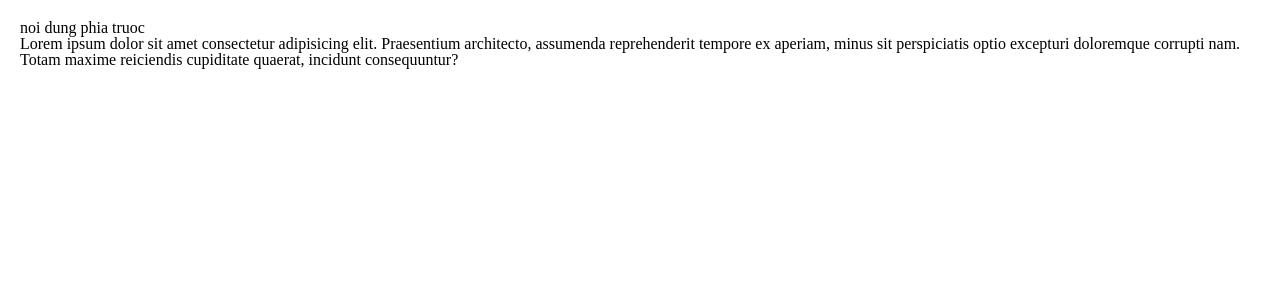
Repository: hoang71299/fe_26
Page: noti/index.html
An editor plug-in stored every save of this project. The page is shown before and after the next save, followed by the edit.
The browser window is 1280 px wide. The pictures show the whole page.

Above is the page before, as saved 2023-04-07 00:17:17.

### noti/index.html
<!DOCTYPE html>
<html lang="en">
<head>
  <meta charset="UTF-8">
  <meta http-equiv="X-UA-Compatible" content="IE=edge">
  <meta name="viewport" content="width=device-width, initial-scale=1.0">
  <title>Document</title>
  <link rel="stylesheet" href="style.css">
</head>
<body>
  <div class="box"></div>
  <p>Lorem ipsum dolor sit amet consectetur adipisicing elit. Praesentium architecto, assumenda reprehenderit tempore ex aperiam, minus sit perspiciatis optio excepturi doloremque corrupti nam. Totam maxime reiciendis cupiditate quaerat, incidunt consequuntur?</p>
</body>
</html>

### noti/style.css
*,
*:before,
*:after {
  box-sizing: border-box;
}
* {
  margin: 0;
  padding: 0;
  font: inherit;
}
img,
picture,
svg,
video {
  display: block;
  max-width: 100%;
}
input,
select,
textarea {
  background-color: transparent;
  outline: none;
}
button {
  cursor: pointer;
  background-color: transparent;
  outline: none;
  border: 0;
}
ul,ol{
  list-style: none;
}
body {
  min-height: 100vh;
  font-weight: 400;
  font-size: 16px;
  line-height: 1;
  padding: 20px;
}
.box::before{
  content: "noi dung phia truoc";
}
.heading{
  font-size: 50px;
  margin-top: 50px;
  position: relative;
  text-align: center;

}

.heading::before{
  display: inline-block;
  position: relative;
  top:-10px;
  margin-right: -12px;
  content: "";
  width: 12px;
  height: 12px;
  border-radius: 50%;
  background-color: orange;
}
.heading::after{
  position: absolute;
  left: 0;
  bottom: 0;
  transform: translateX(-100%);
  display: inline-block;
  content: "";
  width: 100px;
  height: 5px;
  background-color: #ccc;
}

After the next save:
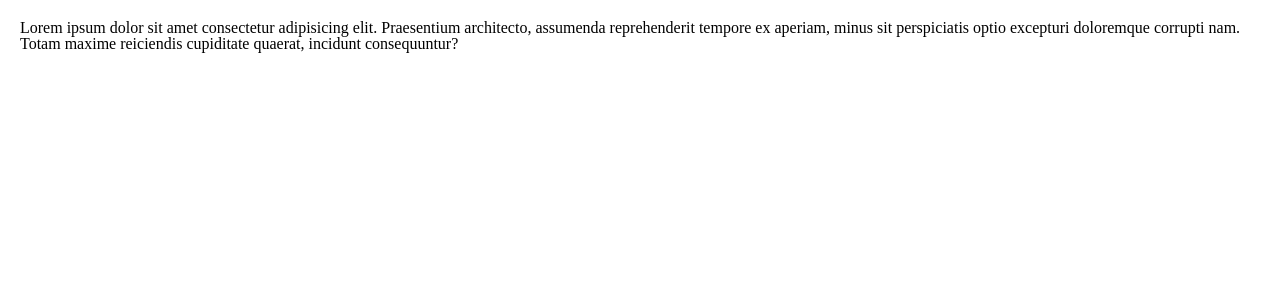
Saved 24 s later.
--- a/noti/style.css
+++ b/noti/style.css
@@ -37,9 +37,9 @@
   line-height: 1;
   padding: 20px;
 }
-.box::before{
+/* .box::before{
   content: "noi dung phia truoc";
-}
+} */
 .heading{
   font-size: 50px;
   margin-top: 50px;
